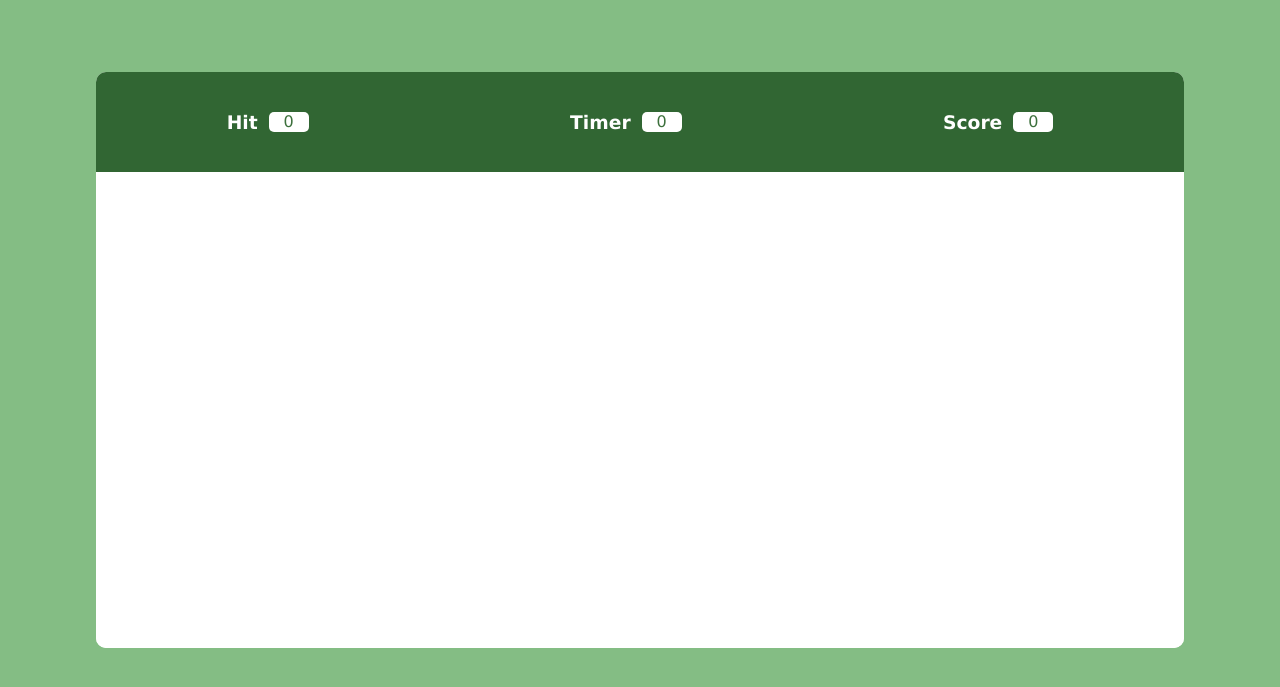
Repository: ketansharma22/BubbleGame
Page: index.html
These files come from the project's save history. The page is drawn as it stood at one moment and after a run of saves; the edit follows.
The browser window is 1280 px wide. The pictures show the whole page.

Above is the page before, as saved 2024-02-18 23:32:31.

### index.html
<!DOCTYPE html>
<html lang="en">
<head>
    <meta charset="UTF-8">
    <meta name="viewport" content="width=device-width, initial-scale=1.0">
    <title>BubbleGame</title>
    <link rel="stylesheet" href="styles.css">
</head>
<body>
    <div class="main">
        <div class="show">
            <div class="upper">
                <div class="hit" id="sameee">
                    <h3>Hit</h3>
                    <div class="box">0</div>
                </div>
                <div class="timer" id="sameee">
                    <h3>Timer</h3>
                    <div class="box">0</div>
                </div>
                <div class="score" id="sameee">
                    <h3>Score</h3>
                    <div class="box">0  </div>
                </div>
            </div>

            <div class="lower" id="lower">

            </div>
        </div>
    </div>
</body>
</html>

### styles.css
*{
    margin: 0;
    padding: 0;
    box-sizing: border-box;
    font-family:Verdana, Geneva, Tahoma, sans-serif
}
html,body{
    width: 100%;
    height: 100%;
}
.main{
    display: flex;
    justify-content: center;
    align-items: center;
    width: 100%;
    height: 100%;
    background-color: rgb(132, 189, 132);
}
.show{
    width: 85%;
    height: 80%;
    background-color: #fff;
    border-radius: 10px;
    overflow: hidden;
}
.upper{
    width: 100%;
    height: 100px;
    background-color:rgb(49, 102, 51);
    color: white;
    display: flex;
    align-items: center;
    justify-content: space-around;
}
.box{
    width: 40px;
    background-color: white;
    color:rgb(60, 112, 60);
    display: flex;
    justify-content: center;
    align-items: center;
    height: 20px;
    border-radius: 5px;
}
#sameee{
    display: flex;
    gap: 11px;
}


.lower{
    width: 100%;
    height: calc(100% - 100px);
    background-color: white;
    display: flex;
    flex-wrap: wrap;
    gap: 10px;
    padding: 10px;
}
.bubble{
    width: 43px;
    background-color:rgb(49, 102, 51);
    color: white;
    height: 43px;
    border-radius: 50%;
    display: flex;
    justify-content: center;
    align-items: center;

}

### scripts.js
function generateBubble(){
    var a ="";
for(var i=1;i<100;i++){
        var val=Math.floor(Math.random()*10);
        a += `<div class="bubble">${val}</div>`;

}
document.querySelector("#lower").innerHTML = a;
}
generateBubble();

After the next 4 saves:
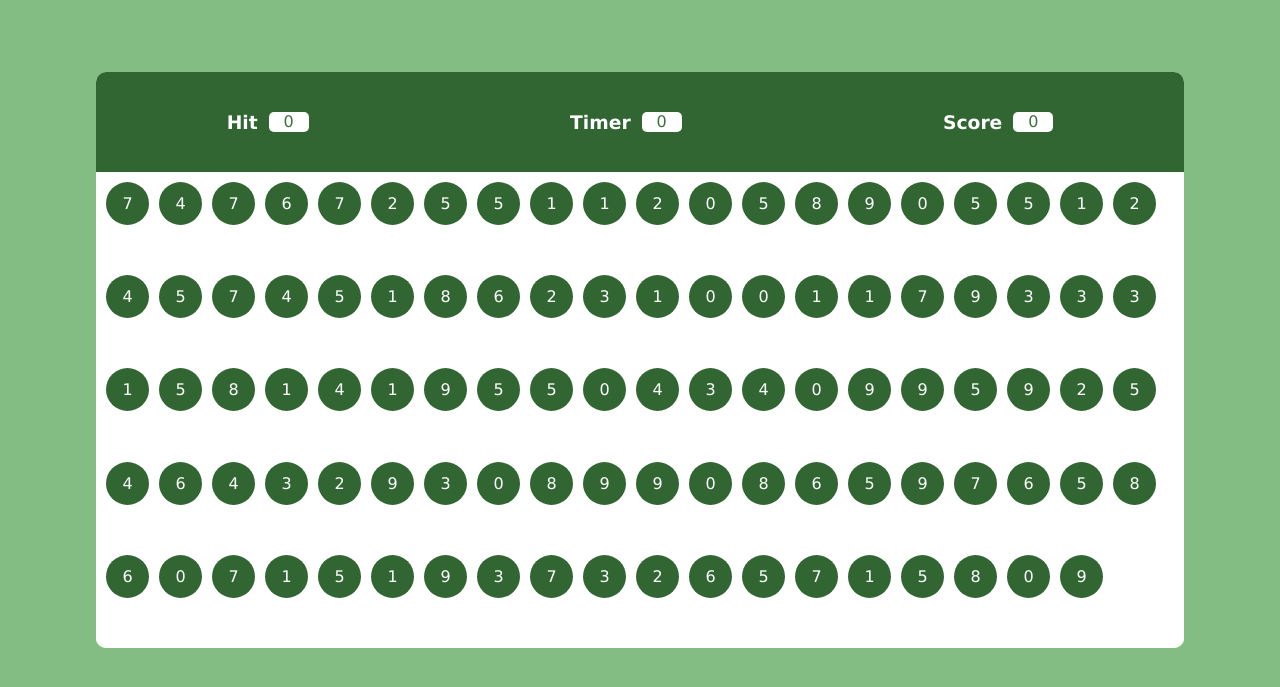
The 4 saves are shown as one change because they came seconds apart.
The last was saved 22 s later.
--- a/index.html
+++ b/index.html
@@ -29,5 +29,6 @@
             </div>
         </div>
     </div>
+    <script src="scripts.js"></script>
 </body>
 </html>
